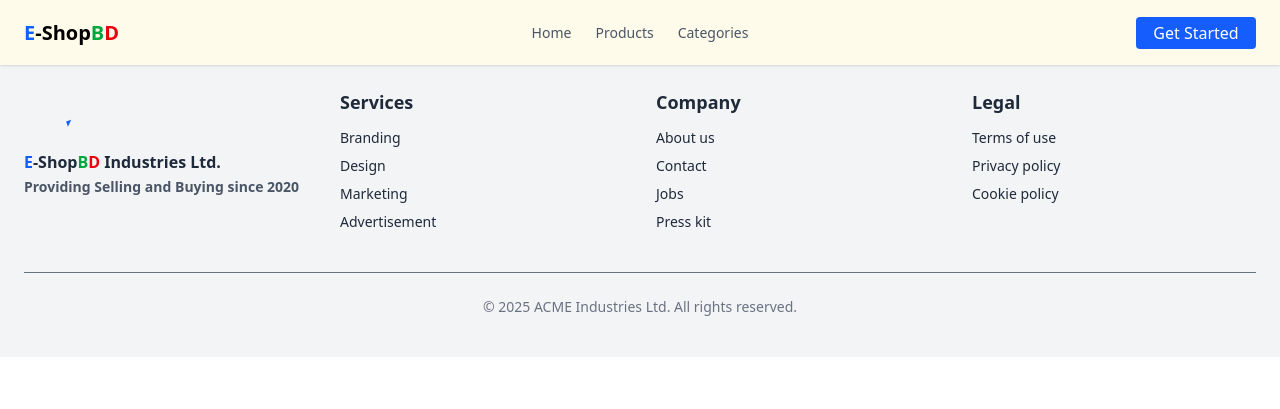
Repository: syedbayzid82849/E-shopBD
Page: /deshboard/add-products
An editor plug-in stored every save of this project. The page is shown before and after a run of saves, followed by the edit.
The browser window is 1280 px wide. The pictures show the whole page.
The page's requests for data from a server got no answer. The project was rebuilt for these pictures with package versions that can differ from the ones it lists, and the page was loaded fresh each time. The framework's server and built-in components were replaced by stand-ins that run in the browser. No one was signed in, and anything a server would have sent is missing. Also part of the build but not shown: next.config.mjs.

Above is the page before, as saved 2025-08-26 13:25:32.

### src/app/layout.js
import { Geist, Geist_Mono } from "next/font/google";
import "./globals.css";
import Navbar from "./components/Navbar";
import Footer from "./components/Footer";
import NextAuthProvider from "@/Providers/NextAuthProvider";

const geistSans = Geist({
  variable: "--font-geist-sans",
  subsets: ["latin"],
});

const geistMono = Geist_Mono({
  variable: "--font-geist-mono",
  subsets: ["latin"],
});

export const metadata = {
  title: "Create Next App",
  description: "Generated by create next app",
};

export default function RootLayout({ children }) {
  return (
    <html lang="en" suppressHydrationWarning>
      <body className={`${geistSans.variable} ${geistMono.variable}`}>
        <NextAuthProvider>
          <nav>
            <Navbar />
          </nav>
          <main>
            {children}
          </main>
          <footer>
            <Footer />
          </footer>
        </NextAuthProvider>
      </body>
    </html>
  );
}

### src/app/deshboard/add-products/page.jsx
import React from 'react'

export default function AddProducts() {
  return (
    <div>Add Products
        <p>Here you can add new products.</p>
    </div>
  )
}

### src/app/components/Navbar.jsx
"use client";
import { useState } from "react";
import Link from "next/link";
import { usePathname } from "next/navigation";
import { signIn, signOut, useSession } from "next-auth/react";

export default function Navbar() {
    const [isOpen, setIsOpen] = useState(false);
    const pathname = usePathname();
    const session = useSession();
    const sessionStatus = session?.status;
    const isActive = (path) =>
        pathname === path
            ? "bg-gray-100 text-orange-500 font-semibold"
            : " text-gray-600";

    const navMenu = () => {
        return (
            <>
                <li>
                    <Link href="/" className={isActive("/")}>
                        Home
                    </Link>
                </li>
                <li>
                    <Link href="/products" className={isActive("/products")}>
                        Products
                    </Link>
                </li>
                <li>
                    <Link href="/categories" className={isActive("/categories")}>
                        Categories
                    </Link>
                </li>
                {
                    sessionStatus === "authenticated" && (
                        <li>
                            <Link href="/dashboard" className={isActive("/dashboard")}>
                                Dashboard
                            </Link>
                        </li>
                    )
                }

            </>
        );
    };


    return (
        <div className="navbar bg-amber-50 shadow-sm fixed z-50 md:px-6">
            <div className="navbar-start">
                <div className="dropdown ">
                    <div tabIndex={0} role="button" className="btn btn-ghost lg:hidden">
                        <svg xmlns="http://www.w3.org/2000/svg" className="h-5 w-5 text-black " fill="none" viewBox="0 0 24 24" stroke="currentColor"> <path strokeLinecap="round" strokeLinejoin="round" strokeWidth="2" d="M4 6h16M4 12h8m-8 6h16" /> </svg>
                    </div>
                    <ul
                        tabIndex={0}
                        className="dropdown-content bg-white  rounded z-50 mt-3 w-52 p-2 shadow"
                    >
                        {navMenu()}
                    </ul>
                </div>
                <a className=" text-xl font-bold">
                    <span className="text-blue-600">E</span>
                    <span className="text-black">-Shop</span>
                    <span className="text-green-600">B</span>
                    <span className="text-red-600">D</span></a>
            </div>
            <div className="navbar-center hidden lg:flex">
                <ul className="menu menu-horizontal px-1">
                    {navMenu()}
                </ul>
            </div>
            <div className="navbar-end">
                {session?.status === 'authenticated' ? (
                    <div className="flex items-center space-x-3">
                        <img
                            src={session?.user?.image || "https://ibb.co.com/fYF7ppg4"}
                            alt="profile"
                            className="w-11 rounded-full border border-gray-500 shadow-2xs"
                        />
                        <button
                            onClick={() => {
                                if (window.confirm("Are you sure you want to log out?")) {
                                    signOut();
                                }
                            }}
                            className="px-3 py-1 rounded bg-red-500 text-white hover:bg-red-600"
                        >
                            Logout
                        </button>

                    </div>
                ) : (
                    <div className="flex items-center space-x-3">
                        {/* <button
                            onClick={() => signIn()}
                            className="w-30  py-1 rounded bg-indigo-500 text-white hover:bg-indigo-600"
                        >
                            Login
                        </button> */}
                        <Link
                            href="/register"
                            className="w-30 bg-blue-600 text-white py-1 rounded hover:bg-blue-700 text-center"
                        >
                            Get Started
                        </Link>
                    </div>
                )}

            </div>
        </div>
    );
}

### src/app/components/Footer.jsx
import React from 'react'

export default function Footer() {
    return (
        <>
            <footer className="bg-gray-100 text-gray-800 py-10 px-6">
                <div className="max-w-7xl mx-auto grid grid-cols-1 sm:grid-cols-2 md:grid-cols-4 gap-8">

                    {/* Logo & About */}
                    <div>
                        <svg
                            width="50"
                            height="50"
                            viewBox="0 0 24 24"
                            xmlns="http://www.w3.org/2000/svg"
                            className="fill-current text-blue-600 mb-3"
                        >
                            <path d="M22.672 15.226l-2.432.811.841 2.515c..."></path>
                        </svg>
                        <p className="font-semibold">
                            <span className="text-blue-600">E</span>
                            <span>-Shop</span>
                            <span className="text-green-600">B</span>
                            <span className="text-red-600">D</span> Industries Ltd. <br />
                            <span className="text-sm text-gray-600">
                                Providing Selling and Buying since 2020
                            </span>
                        </p>
                    </div>

                    {/* Services */}
                    <div>
                        <h6 className="text-lg font-bold mb-3">Services</h6>
                        <ul className="space-y-2 text-sm">
                            <li><a href="#" className="hover:text-blue-600">Branding</a></li>
                            <li><a href="#" className="hover:text-blue-600">Design</a></li>
                            <li><a href="#" className="hover:text-blue-600">Marketing</a></li>
                            <li><a href="#" className="hover:text-blue-600">Advertisement</a></li>
                        </ul>
                    </div>

                    {/* Company */}
                    <div>
                        <h6 className="text-lg font-bold mb-3">Company</h6>
                        <ul className="space-y-2 text-sm">
                            <li><a href="#" className="hover:text-blue-600">About us</a></li>
                            <li><a href="#" className="hover:text-blue-600">Contact</a></li>
                            <li><a href="#" className="hover:text-blue-600">Jobs</a></li>
                            <li><a href="#" className="hover:text-blue-600">Press kit</a></li>
                        </ul>
                    </div>

                    {/* Legal */}
                    <div>
                        <h6 className="text-lg font-bold mb-3">Legal</h6>
                        <ul className="space-y-2 text-sm">
                            <li><a href="#" className="hover:text-blue-600">Terms of use</a></li>
                            <li><a href="#" className="hover:text-blue-600">Privacy policy</a></li>
                            <li><a href="#" className="hover:text-blue-600">Cookie policy</a></li>
                        </ul>
                    </div>
                </div>

                {/* Bottom section */}
                <div className="mt-10 border-t pt-6 text-center text-sm text-gray-500">
                    © {new Date().getFullYear()} ACME Industries Ltd. All rights reserved.
                </div>
            </footer></>
    )
}

### src/Providers/NextAuthProvider.jsx
"use client";
import { SessionProvider } from "next-auth/react";

export default function NextAuthProvider({ children }) {
    return <SessionProvider>{children}</SessionProvider>;
}

Loaded but not shown: src/app/globals.css (common file)

After the next 2 saves:
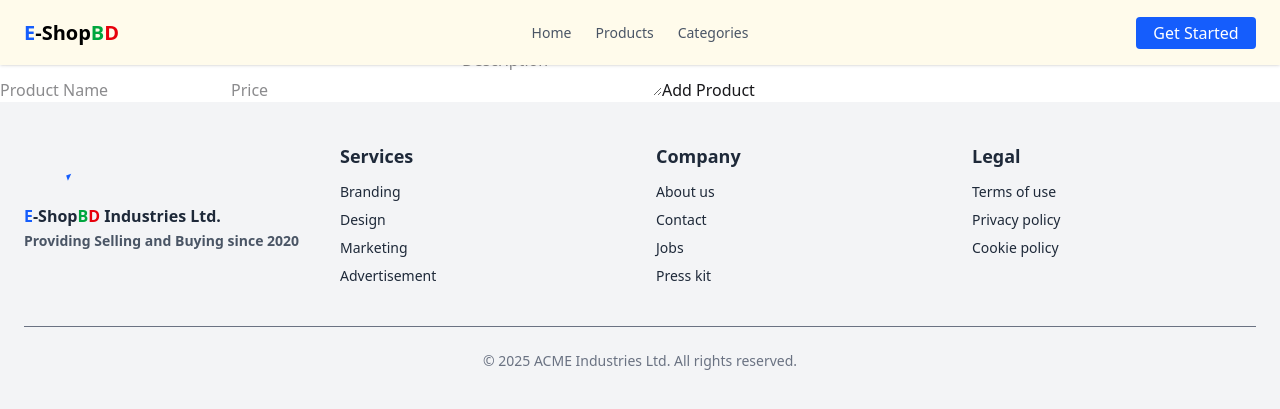
The 2 saves are shown as one change because they came seconds apart.
The last was saved 8 s later.
--- a/src/app/deshboard/add-products/page.jsx
+++ b/src/app/deshboard/add-products/page.jsx
@@ -4,6 +4,12 @@ export default function AddProducts() {
   return (
     <div>Add Products
         <p>Here you can add new products.</p>
+        <form>
+            <input type="text" placeholder="Product Name" required />
+            <input type="number" placeholder="Price" required />
+            <textarea placeholder="Description" required></textarea>
+            <button type="submit">Add Product</button>
+        </form>
     </div>
   )
 }
